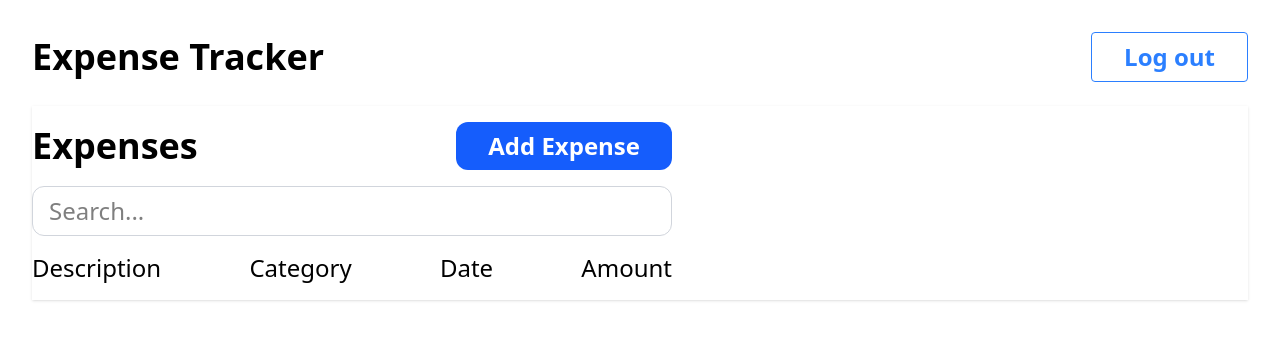
Repository: Syed-Mohsin-Ali786/frontend-expense-tracker
Page: /
An editor plug-in stored every save of this project. The page is shown before and after the next save, followed by the edit.
The browser window is 1280 px wide. The pictures show the whole page.
The project was rebuilt for these pictures with package versions that can differ from the ones it lists, and the page was loaded fresh each time.

Above is the page before, as saved 2025-09-28 14:24:01.

### src/App.tsx
import "./App.css";

function App() {
  return (
    <div className=" mt-4 mx-4 p-4">
      {/* Header */}
      <header className="flex items-center justify-between">
        <h1 className="text-4xl  font-semibold">Expense Tracker</h1>
        <button className=" border border-blue-500 py-2 px-3 md:px-6 lg:px-8 rounded font-semibold text-blue-500 text-2xl ">
          Log out
        </button>
      </header>

      {/* The main page */}
      <section className="mt-6 shadow py-4">
        {/* Expenses */}
        <div className="flex flex-col w-[50vw] justify-between">
          <div className="flex justify-between items-center ">
          <h1 className="text-4xl  font-semibold">Expenses</h1>
          <button className=" bg-blue-600  py-2 px-3 md:px-6 lg:px-8 rounded-[12px] font-semibold text-[#ffff] text-2xl">
            Add Expense
          </button>
          </div>
          <div>
          <input type="text" placeholder="Search..."  className="py-2 px-4 w-full text-2xl border-gray-300 border rounded-[12px] mt-4 "/>
          <div className="flex text-2xl items-center justify-between mt-4 ">
            <p>Description</p>
            <p>Category</p>
            <p>Date</p>
            <p>Amount</p>
          </div>
          </div>
        </div>
        {/* Charts */}
        <div></div>
      </section>
    </div>
  );
}

export default App;

Loaded but not shown: index.html (common file); src/main.tsx (common file); src/App.css (common file)

After the next save:
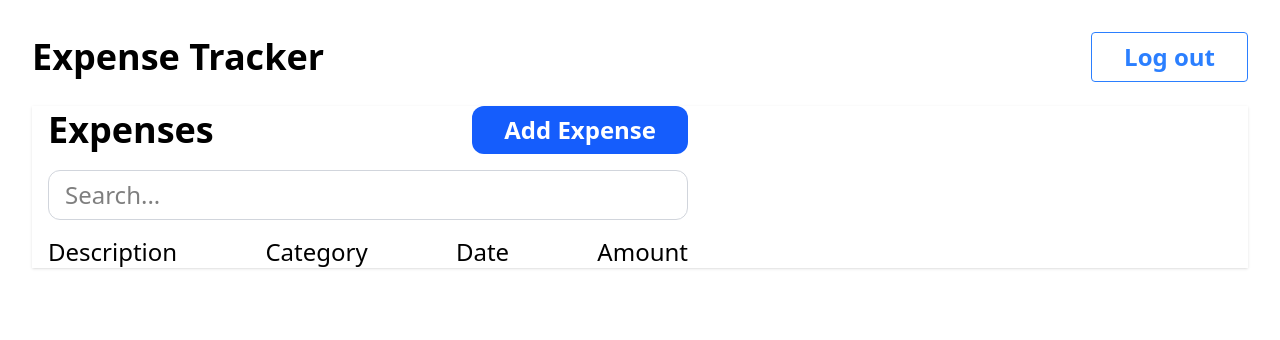
Saved 4 s later.
--- a/src/App.tsx
+++ b/src/App.tsx
@@ -12,7 +12,7 @@ function App() {
       </header>
 
       {/* The main page */}
-      <section className="mt-6 shadow py-4">
+      <section className="mt-6 shadow px-4">
         {/* Expenses */}
         <div className="flex flex-col w-[50vw] justify-between">
           <div className="flex justify-between items-center ">
